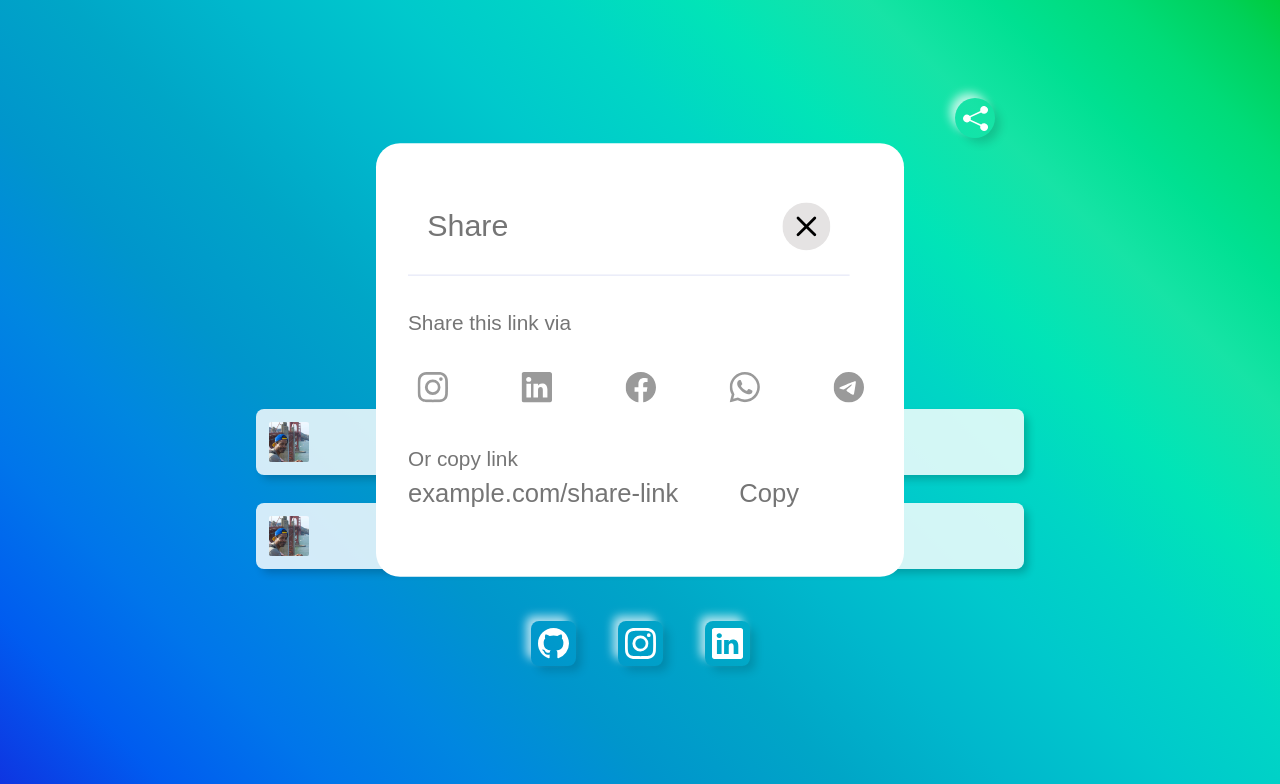
Repository: MateLaDBrouille97/linktree
Page: /
These files come from the project's save history. The page is drawn as it stood at one moment and after the next save; the edit follows.
The browser window is 1280 px wide. The pictures show the whole page.
The project was rebuilt for these pictures with package versions that can differ from the ones it lists, and the page was loaded fresh each time. The framework's server and built-in components were replaced by stand-ins that run in the browser. Also part of the build but not shown: next.config.js, styles/Home.module.css, styles/scrollup.css.

Above is the page before, as saved 2023-01-24 00:07:43.

### app/layout.tsx
"use client";

import '@/styles/globals.css'
import '../styles/Home.module.css';
import '../styles/scrollup.css';
import '../styles/home.css';
import '../styles/socials.css';
import '../styles/share.css';
import ScrollDow from '../components/ScrollDow';
import ScrollUp from '../components/scrollup/ScrollUp'

export default function RootLayout({
    children,
  }: {
    children: React.ReactNode;
  }) {
    return (
      <html lang="en">
        <body>{children}</body>
        {/* <ScrollDow/> */}
        {/* <ScrollUp/> */}
      </html>
    );
  }

### app/page.tsx
"use client";

import Image from "next/image";
import data from "data.json";
import image from "../public/ManuelTL2.jpg";
import image1 from "../public/ManuelTL2.jpg";
import { useEffect, useState } from "react";
import Socials from "../components/Socials";
import Share from "@/components/Share";

function LinkCard({
  href,
  title,
  image,
}: {
  href: string;
  title: string;
  image?: string;
}) {
  return (
    <a
      href={href}
      className="flex items-center p-3 w-full rounded-lg hover:scale-105 transition-all bg-gray-100 mb-3 -mt-2 max-w-3xl home__linkcard-box"
    >
      <div className="flex text-center w-full home__linkcard-card">
        <div className="w-10 h-10 home__linkcard-img">
          {image1 && (
            <Image
              className="rounded-sm"
              alt={data.name}
              src={image1}
              width={40}
              height={40}
            />
          )}
        </div>
        <h2 className="flex justify-center items-center font-semibold w-full text-gray-700 -ml-10 home__linkcard-title">
          {title}
        </h2>
      </div>
    </a>
  );
}

export default function Home() {
  /*==================== Toggle Menu ====================== */
  const [toggle, showMenu] = useState(false);
  const [activeNav, setActiveNav] = useState("#home");

  /* +++++++++++++++++++++++++++++++++++++++++++++++++ */
  // const { dbUser, image } = useUserContext();

  // const breakpoints = (width) => {
  //   if (width < 640) {
  //     return "xs";
  //   } else if (width >= 640 && width < 768) {
  //     return "sm";
  //   } else if (width >= 768 && width < 1024) {
  //     return "md";
  //   } else if (width >= 1024) {
  //     return "lg";
  //   }
  // };

  // const [breakpoint, setBreakpoint] = useState(() =>
  //   breakpoints(typeof window !== "undefined" && window.innerWidth)
  // );

  useEffect(() => {
    if (toggle) {
      // const calcInnerWidth = function () {
      //   setBreakpoint(breakpoints(window.innerWidth));
      // };
      // window.addEventListener("resize", calcInnerWidth);
      window.addEventListener("scroll", function () {
        const header = this.document.querySelector(".header");
        //scroll higher than 200 viewport height
        //add scroll header class to a tag with the scroll-top
        if (this.scrollY >= 80) header?.classList.add("scroll-header");
        else header?.classList.remove("scroll-header");
      });
    }
  }, []);

  useEffect(() => {
    showMenu(true);
  }, []);

  return (
    <div className="flex items-center flex-col mx-auto w-full justify-center mt-16 px-8 ">
      <Share/>
      <a
        href="#home"
        onClick={() => setActiveNav("#home")}
        // className={
        //   activeNav === "#home" ? "nav__logo active-link" : "nav__logo"
        // }
      >
        <Image
          className="rounded-full"
          alt={data.name}
          src={image}
          width={96}
          height={96}
        />
      </a>

      <h1 className="font-semibold mt-4 mb-8 text-xl" style={{color:"white"}}>{data.name}</h1>
      <h3 className="home__description" style={{color:"white"}}>{data.small_description}</h3>

      <div className="grid place-items-center w-full mt-2">
        {data.links.map((link) => (
          <LinkCard key={link.href} {...link} />
        ))}
      </div>

      <div className="gap-3 items-center flex mt-10">
        {data?.socials?.map((social) => {
         return(

          <Socials title={social?.title} key={social?.href} />
          )
        })}
      </div>
    </div>
  );
}

### styles/socials.css
/* .social__link{
    color: var(--container-color);
    font-size: 1.125rem;
    padding: 0.4rem;
    border-radius:1.5rem;
    display: inline-flex;
} */
/*
.social__link:hover{
    background-color:rgba(44, 203, 224, 0.986);
} */

.social__link{
    display:flex;
    /* background-color: var(--container-color); */
    color: var(--container-color);
    height: 45px;
    width: 45px;
    margin: 0 15px;
    border-radius: 8px;
    align-items: center;
    justify-content:center;
    text-decoration: none;
    box-shadow: 6px 6px 10px -1px rgba(0,0,0,0.15),
                -6px -6px 10px -1px rgba(255,255,255,0.7);
    border: 1px solid   rgba(0,0,0,0);
    transition: transform 0.5s;
}

a svg {
    font-size: 38px;
    color: white;
    transition: transform 0.5s;
}


.social__link:hover{
    background-color: rgba(255, 255, 255, 0.829);
    box-shadow: inset 4px 4px 6px -1px rgba(0,0,0,0.2),
                inset -4px -4px 6px -1px rgba(255,255,255,0.7),
                -0.5px -0.5px 0px  rgba(255,255,255,1),
                0.5px 0.5px 0px  rgba(0,0,0,0.15),
                0px -12px 10px -10px  rgba(0,0,0,0.05);
    border: 1px solid   rgba(0,0,0,0.1);
    transform:translateY(2px)  ;
}


a:hover svg{
    transform: scale(1.10);
    fill: black;
    transition: transform 0.5s;
}

a:hover .bi-linkedin{
    fill:rgb(18, 83, 203) ;
    transform:scale(1.10);
    transition: transform 0.5s;
}

a:hover .bi-instagram{
    fill:#e64771;
    transform:scale(1.10);
    transition: transform 0.5s;
}


/*=============== BREAKPOINTS ===============*/
/* For large devices */
@media screen and (max-width: 992px) {


    .social__link:hover{

        box-shadow: inset 4px 4px 6px -1px rgba(0,0,0,0.2),
                    inset -4px -4px 6px -1px rgba(255,255,255,0.7),
                    -0.5px -0.5px 0px  rgba(255,255,255,1),
                    0.5px 0.5px 0px  rgba(0,0,0,0.15),
                    0px -12px 10px -10px  rgba(0,0,0,0.05);
        border: 1px solid   rgba(0,0,0,0.1);
        transform:translateY(2px)  ;
    }




  }

  /* For medium devices */
  @media screen and (max-width: 768px) {




  }



  /* For small devices */
  @media screen and (max-width: 350px) {





  }

### styles/share.css
/*          Share   Items  */

.share-link {
  display: flex;
  color: var(--container-color);
  height: 45px;
  width: 45px;
  margin: 0 15px;
  border-radius: 22px;
  align-items: center;
  justify-content: center;
  text-decoration: none;
  box-shadow: 6px 6px 10px -1px rgba(0, 0, 0, 0.15),
    -6px -6px 10px -1px rgba(255, 255, 255, 0.7);
  border: 1px solid rgba(0, 0, 0, 0);
  transition: transform 0.5s;
}

.share-link:hover {
  background-color: rgba(255, 255, 255, 0.829);
  box-shadow: inset 4px 4px 6px -1px rgba(0, 0, 0, 0.2),
    inset -4px -4px 6px -1px rgba(255, 255, 255, 0.7),
    -0.5px -0.5px 0px rgba(255, 255, 255, 1),
    0.5px 0.5px 0px rgba(0, 0, 0, 0.15),
    0px -12px 10px -10px rgba(0, 0, 0, 0.05);
  border: 1px solid rgba(0, 0, 0, 0.1);
  transform: translateY(2px);
}

/* .share-link .bi-share-fill{
    fill: white;
} */

.share-link:hover .bi-share-fill {
  fill: black;
  transform: scale(1.1);
  transition: transform 0.5s;
}

header {
  width: 95%;
  max-width: 788px;
  display: flex;
  justify-content: flex-end;
  padding: 12px;
  margin-top: 5px;
}

.share-button {
  width: 40px;
  height: 40px;
  border-radius: 20px;
  color: var(--container-color);
}

.share {
  width: 95%;
  max-width: 788px;
  display: flex;
  justify-content: flex-end;
  padding: 12px;
  margin-top: 5px;
  z-index: 10;
}

.modal-share {
  position: absolute;
  top: 50%;
  left: 50%;
  transform: translate(-50%, -50%) scale(1.6);
  background: var(--container-color);
  padding: 20px;
  border-radius: 15px;
  max-width: 330px;
  width: 60%;
}

.modal-share :is(header, .icons) {
  display: flex;
  align-items: center;
  justify-content: space-between;
}

.modal-share header {
  padding-bottom: 15px;
  border-bottom: 1px solid #ebedf9;
}

header .close .icons a {
  display: flex;
  align-items: center;
  justify-content: center;
  border-radius: 50%;
}

header .close {
  height: 33px;
  width: 33px;
  background: var(--container-color);
  cursor: pointer;
}

.modal-title {
  font-size: 19px;
  font-weight: 500;
}

.modal-share .content {
  margin: 20px 0;
}

.content p {
  font-size: 13px;
}

.content .icons {
  margin: 15px 0 20px 0;
}

.close .bi-x {

  height: 30px;
  width: 30px;
  border-radius: 15px;
  background-color:#e5e3e3;
  border: 1px solid transparent;
  text-decoration: none;
  display: flex;
  justify-content: flex-end;
  align-items: flex-end;
}

.icons a {
  height: 30px;
  width: 30px;
  border: 0.5px solid transparent;
  text-decoration: none;
  display: flex;
  justify-content: center;
  align-items: center;
}

.icons svg {
    fill: #40404086
}

### components/Socials.tsx
function GitHubIcon() {
  return (
    <a href="https://github.com/LuckyMate97" className="social__link">
      <svg xmlns="http://www.w3.org/2000/svg" width="31" height="31" fill="white" className="bi bi-github" viewBox="0 0 16 16"> <path d="M8 0C3.58 0 0 3.58 0 8c0 3.54 2.29 6.53 5.47 7.59.4.07.55-.17.55-.38 0-.19-.01-.82-.01-1.49-2.01.37-2.53-.49-2.69-.94-.09-.23-.48-.94-.82-1.13-.28-.15-.68-.52-.01-.53.63-.01 1.08.58 1.23.82.72 1.21 1.87.87 2.33.66.07-.52.28-.87.51-1.07-1.78-.2-3.64-.89-3.64-3.95 0-.87.31-1.59.82-2.15-.08-.2-.36-1.02.08-2.12 0 0 .67-.21 2.2.82.64-.18 1.32-.27 2-.27.68 0 1.36.09 2 .27 1.53-1.04 2.2-.82 2.2-.82.44 1.1.16 1.92.08 2.12.51.56.82 1.27.82 2.15 0 3.07-1.87 3.75-3.65 3.95.29.25.54.73.54 1.48 0 1.07-.01 1.93-.01 2.2 0 .21.15.46.55.38A8.012 8.012 0 0 0 16 8c0-4.42-3.58-8-8-8z"/> </svg>
    </a>
  );
}

function InstagramIcon() {
  return (
    <a href="https://www.instagram.com/oto.mata33/" className="social__link">
      <svg xmlns="http://www.w3.org/2000/svg" width="31" height="31" fill="white" className="bi bi-instagram" viewBox="0 0 16 16"> <path d="M8 0C5.829 0 5.556.01 4.703.048 3.85.088 3.269.222 2.76.42a3.917 3.917 0 0 0-1.417.923A3.927 3.927 0 0 0 .42 2.76C.222 3.268.087 3.85.048 4.7.01 5.555 0 5.827 0 8.001c0 2.172.01 2.444.048 3.297.04.852.174 1.433.372 1.942.205.526.478.972.923 1.417.444.445.89.719 1.416.923.51.198 1.09.333 1.942.372C5.555 15.99 5.827 16 8 16s2.444-.01 3.298-.048c.851-.04 1.434-.174 1.943-.372a3.916 3.916 0 0 0 1.416-.923c.445-.445.718-.891.923-1.417.197-.509.332-1.09.372-1.942C15.99 10.445 16 10.173 16 8s-.01-2.445-.048-3.299c-.04-.851-.175-1.433-.372-1.941a3.926 3.926 0 0 0-.923-1.417A3.911 3.911 0 0 0 13.24.42c-.51-.198-1.092-.333-1.943-.372C10.443.01 10.172 0 7.998 0h.003zm-.717 1.442h.718c2.136 0 2.389.007 3.232.046.78.035 1.204.166 1.486.275.373.145.64.319.92.599.28.28.453.546.598.92.11.281.24.705.275 1.485.039.843.047 1.096.047 3.231s-.008 2.389-.047 3.232c-.035.78-.166 1.203-.275 1.485a2.47 2.47 0 0 1-.599.919c-.28.28-.546.453-.92.598-.28.11-.704.24-1.485.276-.843.038-1.096.047-3.232.047s-2.39-.009-3.233-.047c-.78-.036-1.203-.166-1.485-.276a2.478 2.478 0 0 1-.92-.598 2.48 2.48 0 0 1-.6-.92c-.109-.281-.24-.705-.275-1.485-.038-.843-.046-1.096-.046-3.233 0-2.136.008-2.388.046-3.231.036-.78.166-1.204.276-1.486.145-.373.319-.64.599-.92.28-.28.546-.453.92-.598.282-.11.705-.24 1.485-.276.738-.034 1.024-.044 2.515-.045v.002zm4.988 1.328a.96.96 0 1 0 0 1.92.96.96 0 0 0 0-1.92zm-4.27 1.122a4.109 4.109 0 1 0 0 8.217 4.109 4.109 0 0 0 0-8.217zm0 1.441a2.667 2.667 0 1 1 0 5.334 2.667 2.667 0 0 1 0-5.334z"/> </svg>
    </a>
  );
}

function LinkedInIcon() {
  return (
    <a href="https://ca.linkedin.com/" className="social__link">
      <svg xmlns="http://www.w3.org/2000/svg" width="31" height="31" fill="white" className="bi bi-linkedin" viewBox="0 0 16 16"> <path d="M0 1.146C0 .513.526 0 1.175 0h13.65C15.474 0 16 .513 16 1.146v13.708c0 .633-.526 1.146-1.175 1.146H1.175C.526 16 0 15.487 0 14.854V1.146zm4.943 12.248V6.169H2.542v7.225h2.401zm-1.2-8.212c.837 0 1.358-.554 1.358-1.248-.015-.709-.52-1.248-1.342-1.248-.822 0-1.359.54-1.359 1.248 0 .694.521 1.248 1.327 1.248h.016zm4.908 8.212V9.359c0-.216.016-.432.08-.586.173-.431.568-.878 1.232-.878.869 0 1.216.662 1.216 1.634v3.865h2.401V9.25c0-2.22-1.184-3.252-2.764-3.252-1.274 0-1.845.7-2.165 1.193v.025h-.016a5.54 5.54 0 0 1 .016-.025V6.169h-2.4c.03.678 0 7.225 0 7.225h2.4z"/> </svg>
    </a>
  );
}

function Socials({ title }:{title?:string;}) {
  if (title == "Instagram") {
    return <InstagramIcon  />;
  }
  if (title == "Github") {
    return <GitHubIcon  />;
  }
  if (title == "LinkedIn") {
    return <LinkedInIcon  />;
  }
}

export default Socials;

### components/Share.tsx
import React from "react";

const Share = () => {
  return (
    <div className="share">
      <header>
        <div className="share-button share-link">
          <svg
            xmlns="http://www.w3.org/2000/svg"
            width="25"
            height="25"
            fill="white"
            className="bi bi-share-fill"
            viewBox="0 0 16 16"
          >
            {" "}
            <path d="M11 2.5a2.5 2.5 0 1 1 .603 1.628l-6.718 3.12a2.499 2.499 0 0 1 0 1.504l6.718 3.12a2.5 2.5 0 1 1-.488.876l-6.718-3.12a2.5 2.5 0 1 1 0-3.256l6.718-3.12A2.5 2.5 0 0 1 11 2.5z" />{" "}
          </svg>
        </div>
      </header>
      <div className="modal-share">
        <header className="close">
          <text className="modal-title">Share</text>
          <svg
            xmlns="http://www.w3.org/2000/svg"
            width="25"
            height="25"
            fill="black"
            className="bi bi-x"
            viewBox="0 0 16 16"
          >
            {" "}
            <path d="M4.646 4.646a.5.5 0 0 1 .708 0L8 7.293l2.646-2.647a.5.5 0 0 1 .708.708L8.707 8l2.647 2.646a.5.5 0 0 1-.708.708L8 8.707l-2.646 2.647a.5.5 0 0 1-.708-.708L7.293 8 4.646 5.354a.5.5 0 0 1 0-.708z" />{" "}
          </svg>{" "}
        </header>
        <div className="content">
          <p>Share this link via </p>
          <ul className="icons ">
            <a href="" className="social__link-share">
              <svg
                xmlns="http://www.w3.org/2000/svg"
                width="19"
                height="19"
                fill="white"
                className="bi bi-instagram"
                viewBox="0 0 16 16"
              >
                {" "}
                <path d="M8 0C5.829 0 5.556.01 4.703.048 3.85.088 3.269.222 2.76.42a3.917 3.917 0 0 0-1.417.923A3.927 3.927 0 0 0 .42 2.76C.222 3.268.087 3.85.048 4.7.01 5.555 0 5.827 0 8.001c0 2.172.01 2.444.048 3.297.04.852.174 1.433.372 1.942.205.526.478.972.923 1.417.444.445.89.719 1.416.923.51.198 1.09.333 1.942.372C5.555 15.99 5.827 16 8 16s2.444-.01 3.298-.048c.851-.04 1.434-.174 1.943-.372a3.916 3.916 0 0 0 1.416-.923c.445-.445.718-.891.923-1.417.197-.509.332-1.09.372-1.942C15.99 10.445 16 10.173 16 8s-.01-2.445-.048-3.299c-.04-.851-.175-1.433-.372-1.941a3.926 3.926 0 0 0-.923-1.417A3.911 3.911 0 0 0 13.24.42c-.51-.198-1.092-.333-1.943-.372C10.443.01 10.172 0 7.998 0h.003zm-.717 1.442h.718c2.136 0 2.389.007 3.232.046.78.035 1.204.166 1.486.275.373.145.64.319.92.599.28.28.453.546.598.92.11.281.24.705.275 1.485.039.843.047 1.096.047 3.231s-.008 2.389-.047 3.232c-.035.78-.166 1.203-.275 1.485a2.47 2.47 0 0 1-.599.919c-.28.28-.546.453-.92.598-.28.11-.704.24-1.485.276-.843.038-1.096.047-3.232.047s-2.39-.009-3.233-.047c-.78-.036-1.203-.166-1.485-.276a2.478 2.478 0 0 1-.92-.598 2.48 2.48 0 0 1-.6-.92c-.109-.281-.24-.705-.275-1.485-.038-.843-.046-1.096-.046-3.233 0-2.136.008-2.388.046-3.231.036-.78.166-1.204.276-1.486.145-.373.319-.64.599-.92.28-.28.546-.453.92-.598.282-.11.705-.24 1.485-.276.738-.034 1.024-.044 2.515-.045v.002zm4.988 1.328a.96.96 0 1 0 0 1.92.96.96 0 0 0 0-1.92zm-4.27 1.122a4.109 4.109 0 1 0 0 8.217 4.109 4.109 0 0 0 0-8.217zm0 1.441a2.667 2.667 0 1 1 0 5.334 2.667 2.667 0 0 1 0-5.334z" />{" "}
              </svg>
            </a>
            <a href="" className="social__link-share">
              <svg
                xmlns="http://www.w3.org/2000/svg"
                width="19"
                height="19"
                fill="white"
                className="bi bi-linkedin"
                viewBox="0 0 16 16"
              >
                {" "}
                <path d="M0 1.146C0 .513.526 0 1.175 0h13.65C15.474 0 16 .513 16 1.146v13.708c0 .633-.526 1.146-1.175 1.146H1.175C.526 16 0 15.487 0 14.854V1.146zm4.943 12.248V6.169H2.542v7.225h2.401zm-1.2-8.212c.837 0 1.358-.554 1.358-1.248-.015-.709-.52-1.248-1.342-1.248-.822 0-1.359.54-1.359 1.248 0 .694.521 1.248 1.327 1.248h.016zm4.908 8.212V9.359c0-.216.016-.432.08-.586.173-.431.568-.878 1.232-.878.869 0 1.216.662 1.216 1.634v3.865h2.401V9.25c0-2.22-1.184-3.252-2.764-3.252-1.274 0-1.845.7-2.165 1.193v.025h-.016a5.54 5.54 0 0 1 .016-.025V6.169h-2.4c.03.678 0 7.225 0 7.225h2.4z" />{" "}
              </svg>
            </a>
            <a href="" className="social__link-share">
              <svg
                xmlns="http://www.w3.org/2000/svg"
                width="19"
                height="19"
                fill="currentColor"
                className="bi bi-facebook"
                viewBox="0 0 16 16"
              >
                {" "}
                <path d="M16 8.049c0-4.446-3.582-8.05-8-8.05C3.58 0-.002 3.603-.002 8.05c0 4.017 2.926 7.347 6.75 7.951v-5.625h-2.03V8.05H6.75V6.275c0-2.017 1.195-3.131 3.022-3.131.876 0 1.791.157 1.791.157v1.98h-1.009c-.993 0-1.303.621-1.303 1.258v1.51h2.218l-.354 2.326H9.25V16c3.824-.604 6.75-3.934 6.75-7.951z" />{" "}
              </svg>
            </a>
            <a href="" className="social__link-share">
              <svg
                xmlns="http://www.w3.org/2000/svg"
                width="19"
                height="19"
                fill="currentColor"
                className="bi bi-whatsapp"
                viewBox="0 0 16 16"
              >
                {" "}
                <path d="M13.601 2.326A7.854 7.854 0 0 0 7.994 0C3.627 0 .068 3.558.064 7.926c0 1.399.366 2.76 1.057 3.965L0 16l4.204-1.102a7.933 7.933 0 0 0 3.79.965h.004c4.368 0 7.926-3.558 7.93-7.93A7.898 7.898 0 0 0 13.6 2.326zM7.994 14.521a6.573 6.573 0 0 1-3.356-.92l-.24-.144-2.494.654.666-2.433-.156-.251a6.56 6.56 0 0 1-1.007-3.505c0-3.626 2.957-6.584 6.591-6.584a6.56 6.56 0 0 1 4.66 1.931 6.557 6.557 0 0 1 1.928 4.66c-.004 3.639-2.961 6.592-6.592 6.592zm3.615-4.934c-.197-.099-1.17-.578-1.353-.646-.182-.065-.315-.099-.445.099-.133.197-.513.646-.627.775-.114.133-.232.148-.43.05-.197-.1-.836-.308-1.592-.985-.59-.525-.985-1.175-1.103-1.372-.114-.198-.011-.304.088-.403.087-.088.197-.232.296-.346.1-.114.133-.198.198-.33.065-.134.034-.248-.015-.347-.05-.099-.445-1.076-.612-1.47-.16-.389-.323-.335-.445-.34-.114-.007-.247-.007-.38-.007a.729.729 0 0 0-.529.247c-.182.198-.691.677-.691 1.654 0 .977.71 1.916.81 2.049.098.133 1.394 2.132 3.383 2.992.47.205.84.326 1.129.418.475.152.904.129 1.246.08.38-.058 1.171-.48 1.338-.943.164-.464.164-.86.114-.943-.049-.084-.182-.133-.38-.232z" />{" "}
              </svg>
            </a>
            <a href="" className="social__link-share">
              <svg
                xmlns="http://www.w3.org/2000/svg"
                width="19"
                height="19"
                fill="currentColor"
                className="bi bi-telegram"
                viewBox="0 0 16 16"
              >
                {" "}
                <path d="M16 8A8 8 0 1 1 0 8a8 8 0 0 1 16 0zM8.287 5.906c-.778.324-2.334.994-4.666 2.01-.378.15-.577.298-.595.442-.03.243.275.339.69.47l.175.055c.408.133.958.288 1.243.294.26.006.549-.1.868-.32 2.179-1.471 3.304-2.214 3.374-2.23.05-.012.12-.026.166.016.047.041.042.12.037.141-.03.129-1.227 1.241-1.846 1.817-.193.18-.33.307-.358.336a8.154 8.154 0 0 1-.188.186c-.38.366-.664.64.015 1.088.327.216.589.393.85.571.284.194.568.387.936.629.093.06.183.125.27.187.331.236.63.448.997.414.214-.02.435-.22.547-.82.265-1.417.786-4.486.906-5.751a1.426 1.426 0 0 0-.013-.315.337.337 0 0 0-.114-.217.526.526 0 0 0-.31-.093c-.3.005-.763.166-2.984 1.09z" />{" "}
              </svg>
            </a>
          </ul>
          <p> Or copy link</p>
          <div className="field">
            <input type="text" value="example.com/share-link" />
            <button>Copy</button>
          </div>
        </div>
      </div>
    </div>
  );
};

export default Share;

Loaded but not shown: data.json (35 lines, source omitted); tailwind.config.js (13 lines, source omitted); styles/globals.css (269 lines, source omitted); styles/home.css (267 lines, source omitted)

After the next save:
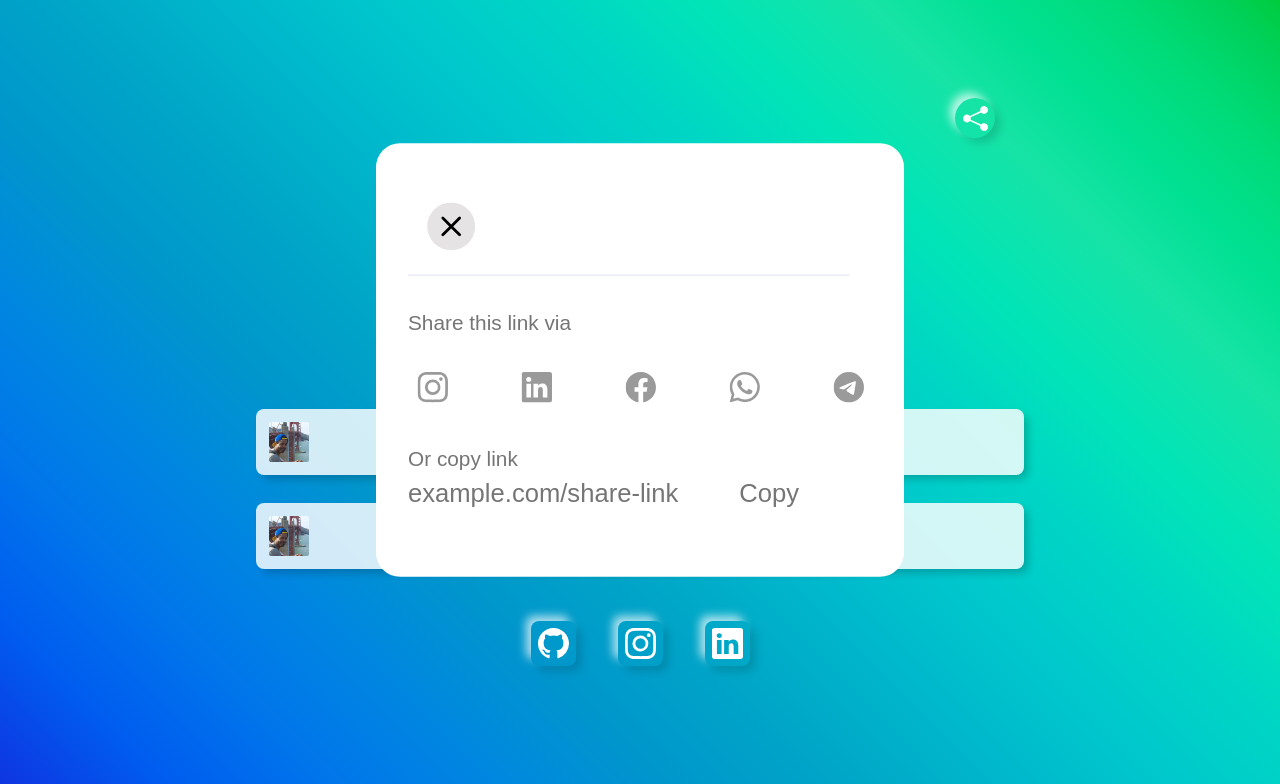
Saved 2 min 51 s later.
--- a/components/Share.tsx
+++ b/components/Share.tsx
@@ -20,7 +20,7 @@ const Share = () => {
       </header>
       <div className="modal-share">
         <header className="close">
-          <text className="modal-title">Share</text>
+
           <svg
             xmlns="http://www.w3.org/2000/svg"
             width="25"
